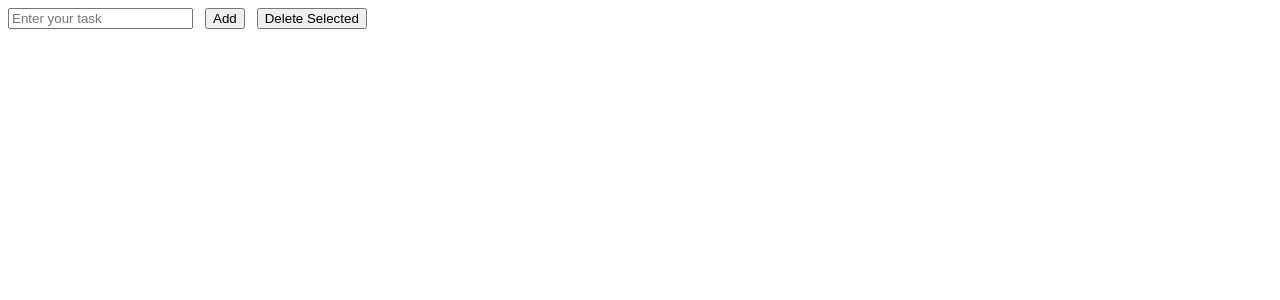
Repository: darihafebi825-collab/TODO-APP
Page: index.htmL
An editor plug-in stored every save of this project. The page is shown before and after the next save, followed by the edit.
The browser window is 1280 px wide. The pictures show the whole page.

Above is the page before, as saved 2026-02-01 17:55:03.

### index.htmL

<!DOCTYPE html>
<html>
<head>
    <title>To-Do App</title>
    <style>
        li {
            cursor: pointer;
            padding: 6px;
        }
        .selected {
            background-color: #e0e0e0;
        }
        .completed {
            text-decoration: line-through;
            color: gray;
        }
        button {
            margin-left: 8px;
        }
    </style>
</head>
<body>

    <input type="text" id="taskInput" placeholder="Enter your task"
           onkeydown="if(event.key==='Enter') addTask()">
    <button onclick="addTask()">Add</button>
    <button onclick="deleteTask()">Delete Selected</button>

    <ul id="taskList"></ul>

    <script>
        let selectedItem = null;

        function addTask() {
            const task = document.getElementById("taskInput").value.trim();
            if (task === "") return;

            const li = document.createElement("li");
            li.textContent = task;

            li.onclick = function () {
                if (selectedItem) {
                    selectedItem.classList.remove("selected");
                }
                selectedItem = li;
                li.classList.add("selected");
            };

            li.ondblclick = function () {
                li.classList.toggle("completed");
            };

            document.getElementById("taskList").appendChild(li);
            document.getElementById("taskInput").value = "";
        }

        function deleteTask() {
            if (selectedItem) {
                selectedItem.remove();
                selectedItem = null;
            } else {
                alert("Please select a task to delete");
            }
        }
    </script>

</body>
</html>

After the next save:
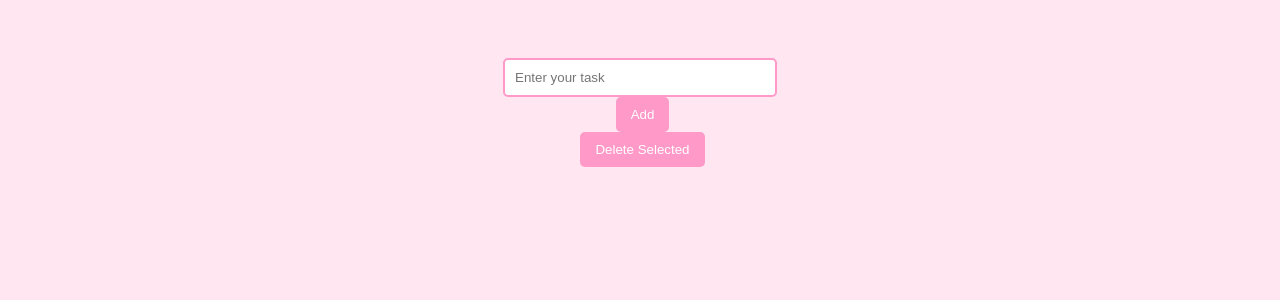
Saved 25 h 47 min later.
--- a/index.htmL
+++ b/index.htmL
@@ -1,22 +1,67 @@
-
 <!DOCTYPE html>
 <html>
 <head>
     <title>To-Do App</title>
     <style>
+        /* Page background and font */
+        body {
+            font-family: Arial, sans-serif;
+            background-color: #ffe6f0; /* light pink background */
+            display: flex;
+            flex-direction: column;
+            align-items: center;
+            padding-top: 50px;
+        }
+
+        /* Input and buttons styling */
+        input[type="text"] {
+            padding: 10px;
+            width: 250px;
+            border: 2px solid #ff99c8;
+            border-radius: 5px;
+            outline: none;
+        }
+
+        button {
+            padding: 10px 15px;
+            margin-left: 5px;
+            border: none;
+            border-radius: 5px;
+            background-color: #ff99c8;
+            color: white;
+            cursor: pointer;
+            transition: background-color 0.3s;
+        }
+
+        button:hover {
+            background-color: #ff66b3;
+        }
+
+        /* Task list styling */
+        ul {
+            list-style: none;
+            padding: 0;
+            margin-top: 20px;
+            width: 300px;
+        }
+
         li {
             cursor: pointer;
-            padding: 6px;
+            padding: 10px;
+            margin-bottom: 5px;
+            background-color: white;
+            border-radius: 5px;
+            box-shadow: 0 2px 3px rgba(0,0,0,0.1);
+            transition: background-color 0.2s;
         }
-        .selected {
-            background-color: #e0e0e0;
+
+        li.selected {
+            background-color: #ffccdd;
         }
-        .completed {
+
+        li.completed {
             text-decoration: line-through;
             color: gray;
-        }
-        button {
-            margin-left: 8px;
         }
     </style>
 </head>

After the save that followed:
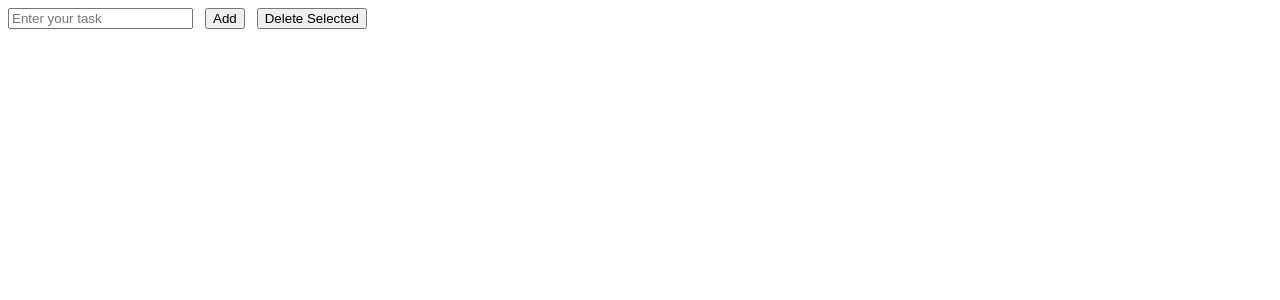
Saved 71 s later.
--- a/index.htmL
+++ b/index.htmL
@@ -1,67 +1,22 @@
+
 <!DOCTYPE html>
 <html>
 <head>
     <title>To-Do App</title>
     <style>
-        /* Page background and font */
-        body {
-            font-family: Arial, sans-serif;
-            background-color: #ffe6f0; /* light pink background */
-            display: flex;
-            flex-direction: column;
-            align-items: center;
-            padding-top: 50px;
-        }
-
-        /* Input and buttons styling */
-        input[type="text"] {
-            padding: 10px;
-            width: 250px;
-            border: 2px solid #ff99c8;
-            border-radius: 5px;
-            outline: none;
-        }
-
-        button {
-            padding: 10px 15px;
-            margin-left: 5px;
-            border: none;
-            border-radius: 5px;
-            background-color: #ff99c8;
-            color: white;
-            cursor: pointer;
-            transition: background-color 0.3s;
-        }
-
-        button:hover {
-            background-color: #ff66b3;
-        }
-
-        /* Task list styling */
-        ul {
-            list-style: none;
-            padding: 0;
-            margin-top: 20px;
-            width: 300px;
-        }
-
         li {
             cursor: pointer;
-            padding: 10px;
-            margin-bottom: 5px;
-            background-color: white;
-            border-radius: 5px;
-            box-shadow: 0 2px 3px rgba(0,0,0,0.1);
-            transition: background-color 0.2s;
+            padding: 6px;
         }
-
-        li.selected {
-            background-color: #ffccdd;
+        .selected {
+            background-color: #e0e0e0;
         }
-
-        li.completed {
+        .completed {
             text-decoration: line-through;
             color: gray;
+        }
+        button {
+            margin-left: 8px;
         }
     </style>
 </head>
